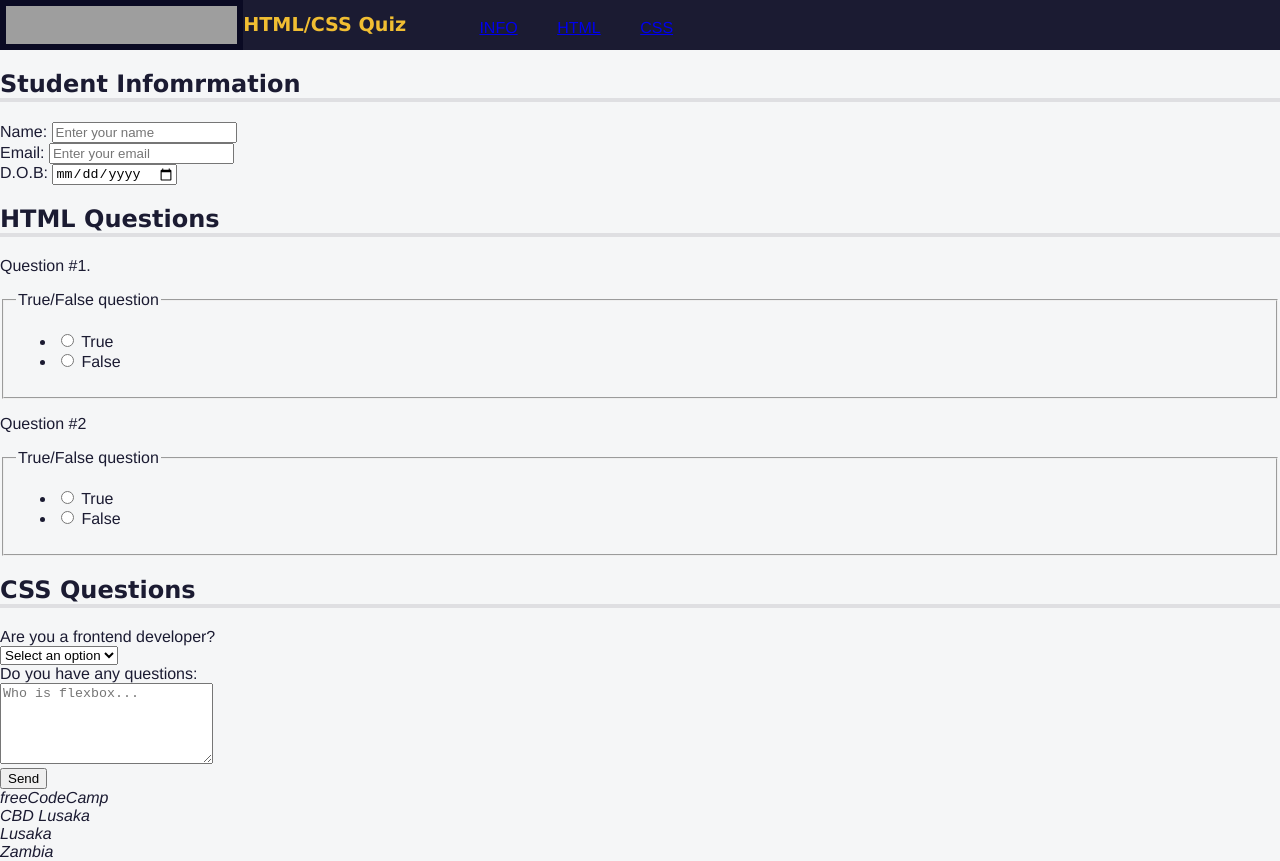
Repository: Lungdjos/accessibility_build_quiz
Page: index.html
The author's editor kept a copy of each file at every save. The page is drawn from the files as they stood at one save, then again after the next save.
The browser window is 1280 px wide. The pictures show the whole page.
Pictures or frames that could not be fetched are drawn as grey boxes.

Above is the page before, as saved 2023-10-29 22:25:19.

### index.html
<!DOCTYPE html>
<html lang="en">

<head>
    <meta charset="UTF-8">
    <meta name="viewport" content="width=device-width, initial-scale=1.0">
    <meta name="description" content="Accessibility">
    <title>HTML/CSS Test Quiz</title>
    <link rel="stylesheet" href="styles.css">
</head>

<body>
    <header>
        <img src="https://cdn.freecodecamp.org/platform/universal/fcc_primary.svg" alt="" id="logo">
        <h1>HTML/CSS Quiz</h1>
        <nav>
            <ul>
                <li>
                    <a href="#student-info">info</a></li>
                <li>
                    <a href="#html-questions">html</a></li>
                <li>
                    <a href="#css-questions">css</a></li>
            </ul>
        </nav>
    </header>
    <main>
        <form action="https://freecodecamp.org/practice-project/accessibility-quiz" method="post">
            <section role="region" aria-labelledby="student-info">
                <h2 id="student-info">Student Infomrmation</h2>
                <div class="info">
                    <label for="student-name">
                        Name:
                    </label><input type="text" name="name" id="student-name" placeholder="Enter your name">
                </div>
                <div class="info">
                    <label for="student-email">
                        Email:
                    </label><input type="email" name="email" id="student-email" placeholder="Enter your email">
                </div>
                <div class="info">
                    <label for="birth-date">
                        D.O.B:<span class="sr-only">(Date of Birth)</span>
                    </label><input type="date" name="dob" id="birth-date">
                </div>
            </section>

            <section role="region" aria-labelledby="html-questions">
                <h2 id="html-questions">HTML Questions</h2>
                <div class="question-block">
                    <p>1.</p>
                    <fieldset name="first-question" class="question">
                        <legend>True/False question</legend>
                        <ul class="answers-list">
                            <li>
                                <label for="q1-a1">
                                    <input type="radio" value="true" name="q1-answ" id="q1-a1"> True
                                </label>
                            </li>
                            <li>
                                <label for="q1-a2">
                                    <input type="radio" value="false" name="q1-answ" id="q1-a2"> False
                                </label>
                            </li>
                        </ul>
                    </fieldset>
                </div>
                <div class="question-block">
                    <p>2</p>
                    <fieldset name="second-question" class="question">
                        <legend>True/False question</legend>
                        <ul class="answers-list">
                            <li>
                                <label for="q2-a1">
                                    <input type="radio" value="true" name="q2-answ" id="q2-a1"> True
                                </label>
                            </li>
                            <li>
                                <label for="q2-a2">
                                    <input type="radio" value="false" name="q2-answ" id="q2-a2"> False
                                </label>
                            </li>
                        </ul>
                    </fieldset>
                </div>
            </section>

            <section role="region" aria-labelledby="css-questions">
                <h2 id="css-questions">CSS Questions</h2>
                <div class="formrow">
                    <div class="question-block">
                        <label for="customer">Are you a frontend developer?</label>
                    </div>
                    <div class="answer">
                        <select name="customer" id="customer" required>
                            <option value="">Select an option</option>
                            <option value="yes">Yes</option>
                            <option value="no">No</option>
                        </select>
                    </div>

                    <div class="question-block">
                        <label for="css-questions">Do you have any questions:</label>
                    </div>
                    <div class="answer">
                        <textarea name="css-questions" id="css-questions" rows="5" cols="24" placeholder="Who is flexbox..."></textarea>
                    </div>
                </div>
            </section>
            <button type="submit">Send</button>
        </form>
    </main>
    <footer>
        <address>
            freeCodeCamp<br/>
            CBD Lusaka<br/>
            Lusaka<br/>
            Zambia
        </address>
    </footer>
</body>

</html>

### styles.css
body {
    background: #f5f6f7;
    color: #1b1b32;
    font-family: Helvetica;
    margin: 0;
}

header {
    width: 100%;
    height: 50px;
    background-color: #1b1b32;
    display: flex;
}

#logo {
    width: max(100px, 18vw);
    background-color: #0a0a23;
    aspect-ratio: 35 / 4;
    padding: 0.4rem;
}

h1 {
    color: #f1be32;
    font-size: min(5vw, 1.2em);
}

nav {
    width: 50%;
    max-width: 300px;
    height: 50px;
}

nav>ul {
    display: flex;
    justify-content: space-evenly;
    text-transform: uppercase;
}

h1,
h2 {
    font-family: Verdana, Tahoma;
}

h2 {
    border-bottom: 4px solid #dfdfe2;
}

.sr-only {
    position: absolute;
    width: 1px;
    height: 1px;
    padding: 0;
    margin: -1px;
    overflow: hidden;
    clip: rect(0, 0, 0, 0);
    white-space: nowrap;
    border: 0;
}

p::before {
    content: "Question #";
}

nav li {
    color: #dfdfe2;
    margin: 0 0.2rem;
    padding: 0.2rem;
    display: block;
}

After the next save:
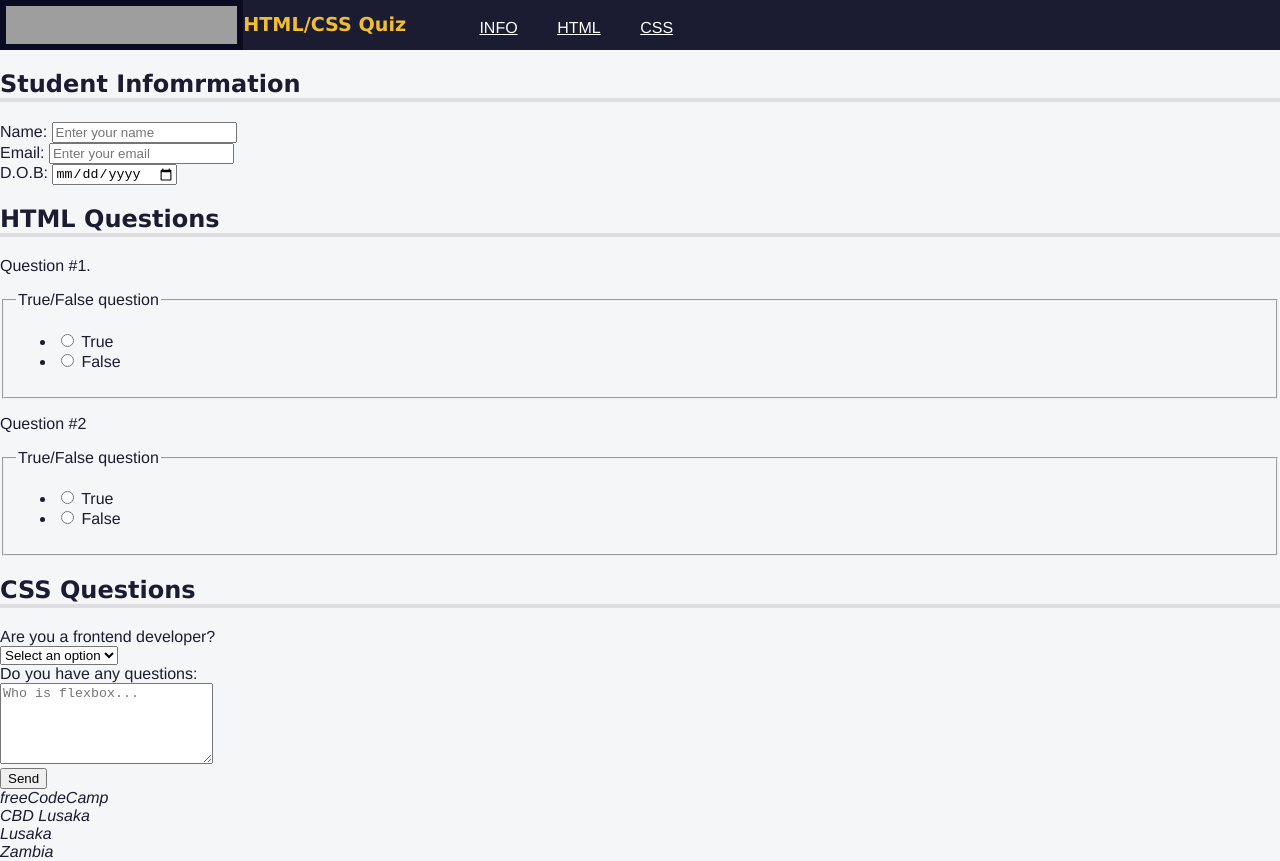
Saved 116 s later.
--- a/styles.css
+++ b/styles.css
@@ -67,3 +67,7 @@ nav li {
     padding: 0.2rem;
     display: block;
 }
+
+li>a {
+    color: white;
+}
